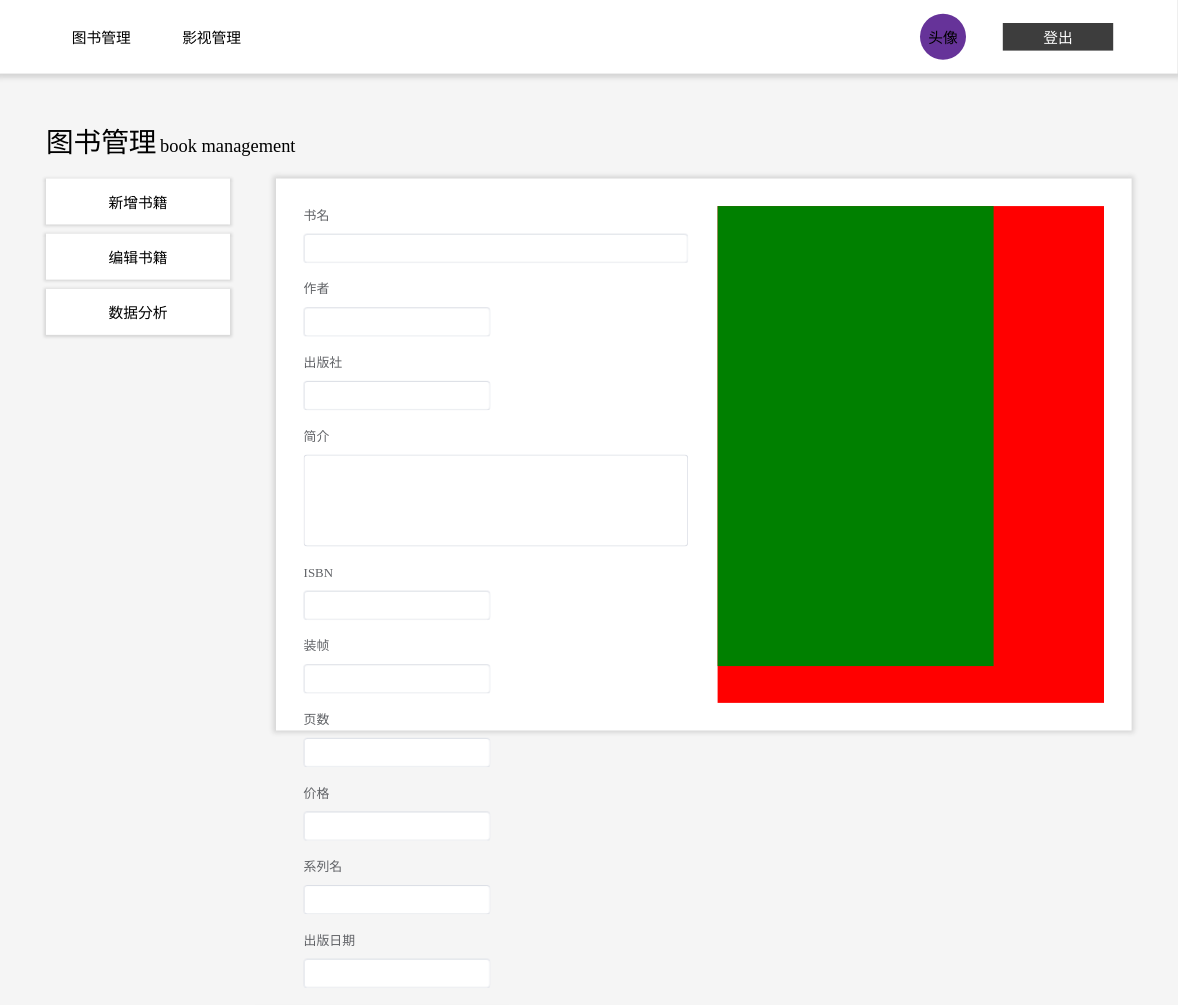
Repository: quanwangniuniu/Oasis-Reading-Platform
Page: /#/admin/books (app in Vue-frontend/)
These files come from the project's save history. The page is drawn as it stood at one moment and after the next save; the edit follows.
The browser window is 1280 px wide. The pictures show the whole page, at 92% of full size.
Some web fonts or font styles are not loaded; a fallback is used. The project was rebuilt for these pictures with package versions that can differ from the ones it lists, and the page was loaded fresh each time. Also part of the build but not shown: Vue-frontend/vite.config.js, Vue-frontend/src/components/Test.vue, Vue-frontend/src/components/user/books/BookCard.vue, Vue-frontend/src/components/axios/config.js, Vue-frontend/src/components/axios/api.js, Vue-frontend/src/components/user/books/Books.vue, Vue-frontend/src/components/user/movies/Favourites.vue, Vue-frontend/src/components/user/explore/Explore.vue and 10 more.

Above is the page before, as saved 2023-04-13 16:47:29.

After the next save:
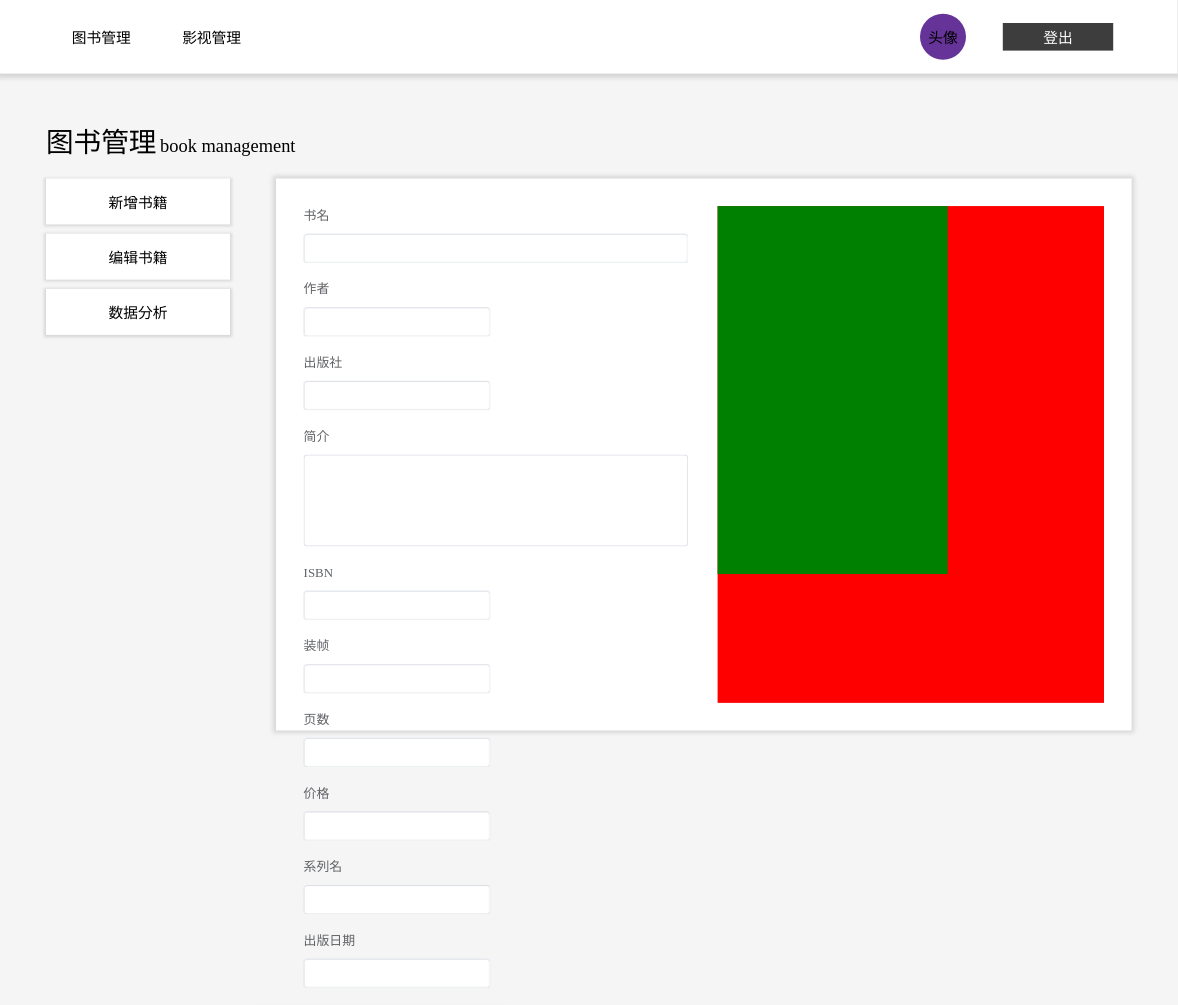
Saved 41 s later.
--- a/Vue-frontend/src/components/admin/bookManagement/BookManagement.vue
+++ b/Vue-frontend/src/components/admin/bookManagement/BookManagement.vue
@@ -125,8 +125,8 @@ const bookItem = ref({
 }
 
 .book-img{
-  height: 500px;
-  width: 300px;
+  height: 400px;
+  width: 250px;
   background-color: green;
 }
 </style>
